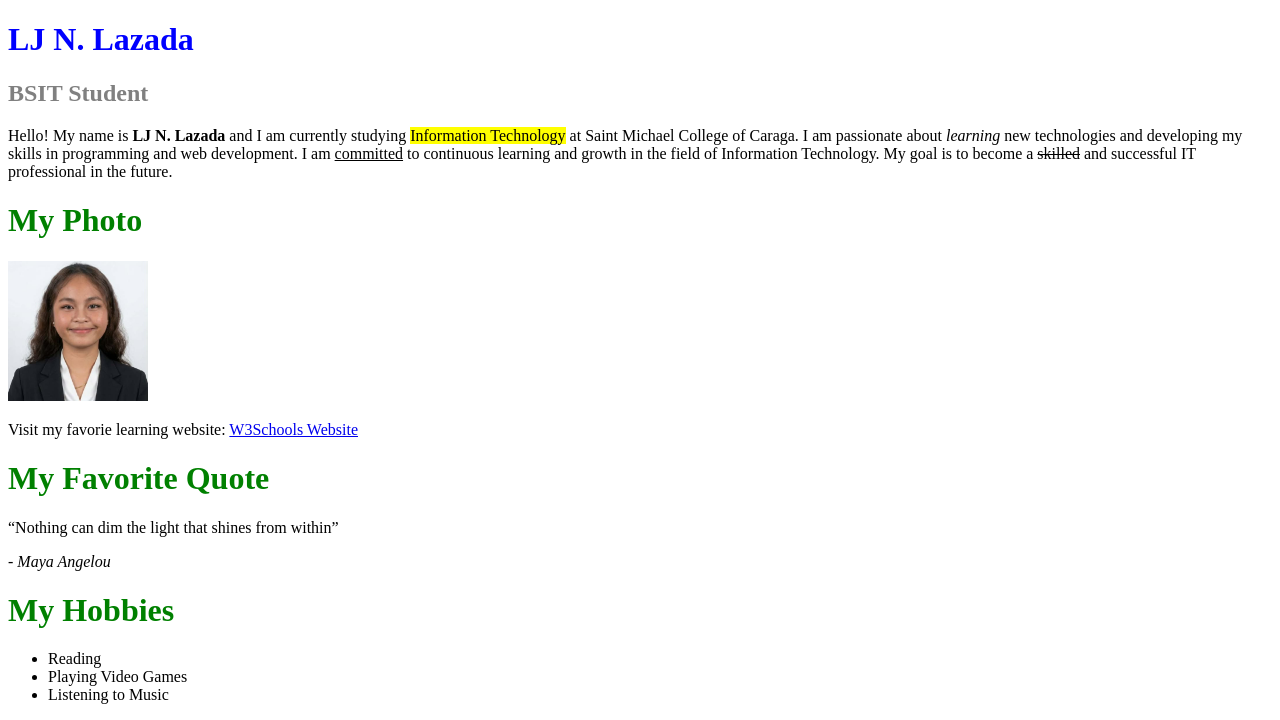
Repository: ljlazada11/myfirsthtml
Page: index.html
The author's editor kept a copy of each file at every save. The page is drawn from the files as they stood at one save, then again after the next save.
The browser window is 1280 px wide. The pictures show the whole page.

Above is the page before, as saved 2026-06-24 19:53:21.

After the next save:
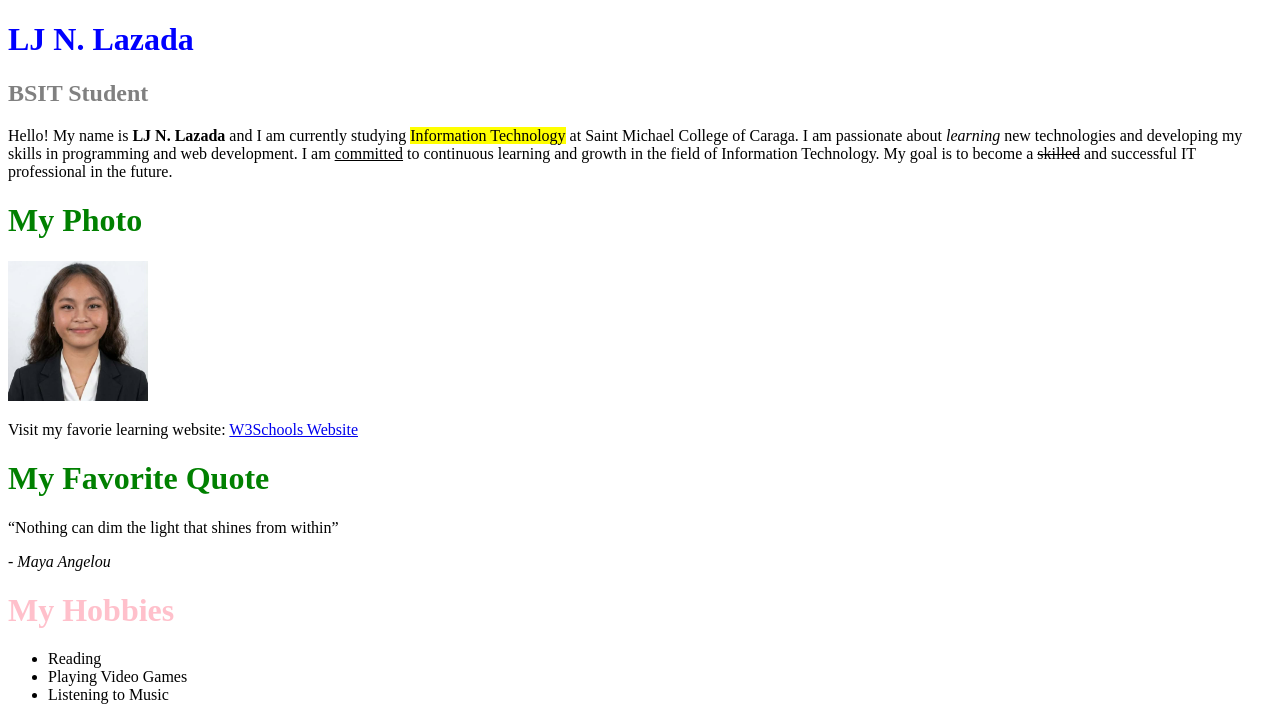
Saved 33 s later.
--- a/index.html
+++ b/index.html
@@ -22,7 +22,7 @@
     <p><cite>- Maya Angelou</cite></p>
 </body>
 <body>
-    <h1 style="color:green;">My Hobbies</h1>
+    <h1 style="color:pink;">My Hobbies</h1>
     <ul>
         <li>Reading</li>
         <li>Playing Video Games</li>
